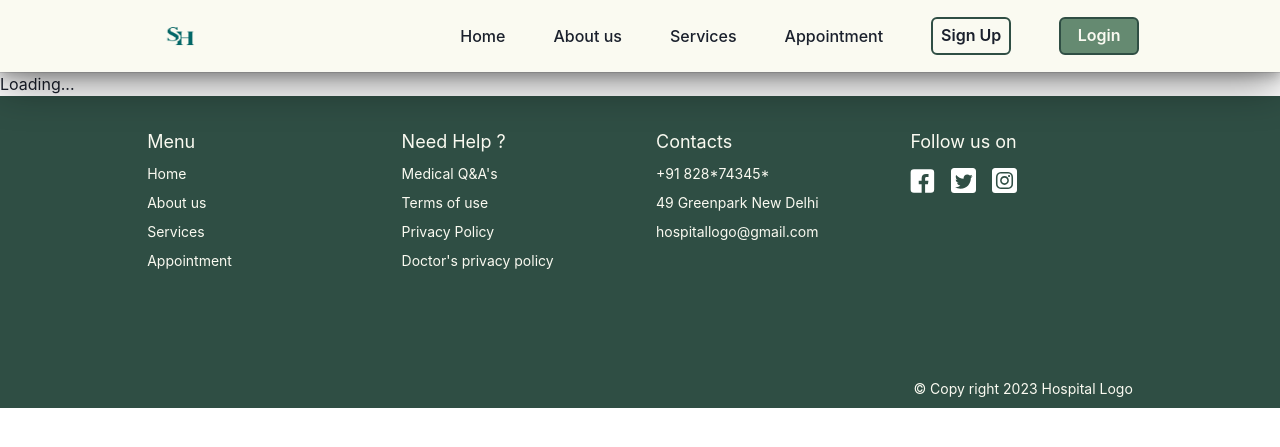
Repository: geeteshmehuria/Samrat-Hospital-Clone
Page: /appointment
The author's editor kept a copy of each file at every save. The page is drawn from the files as they stood at one save, then again after the next save.
The browser window is 1280 px wide. The pictures show the whole page.
The page's requests for data from a server got no answer. Some web fonts or font styles are not loaded; a fallback is used. The project was rebuilt for these pictures with package versions that can differ from the ones it lists, and the page was loaded fresh each time. No one was signed in, and anything a server would have sent is missing. Also part of the build but not shown: vite.config.js, src/Css/home.css, src/pages/Home.jsx, src/components/AppointmentComp/AppointmentBookingForm.jsx, src/components/AppointmentComp/ReviewSection.jsx, src/components/AppointmentComp/DoctorDetailBox.jsx, src/pages/Login.jsx, src/pages/SignUp.jsx and 6 more. Imported but missing from the stored project, and not drawn on this page: src/assets/AppointmentVideo.mp4.

Above is the page before, as saved 2024-01-19 20:00:55.

After the next save:
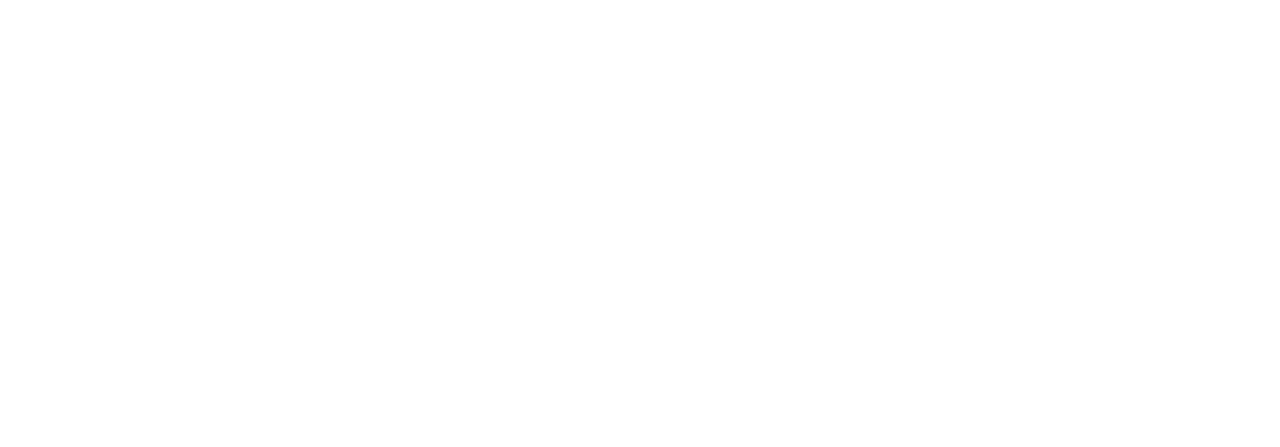
Console error: ReferenceError: Stack is not defined
Saved 94 s later.
--- a/src/pages/Appointment.jsx
+++ b/src/pages/Appointment.jsx
@@ -28,7 +28,11 @@
   }, []);
 
   if (!doctorDetails) {
-    return <div>Loading...</div>; // Or any loading spinner
+    return (
+      <Stack direction="row" spacing={4}>
+        <Spinner size="md" />
+      </Stack>
+    ); // Or any loading spinner
   }
 
   return (

After the 2 saves that followed:
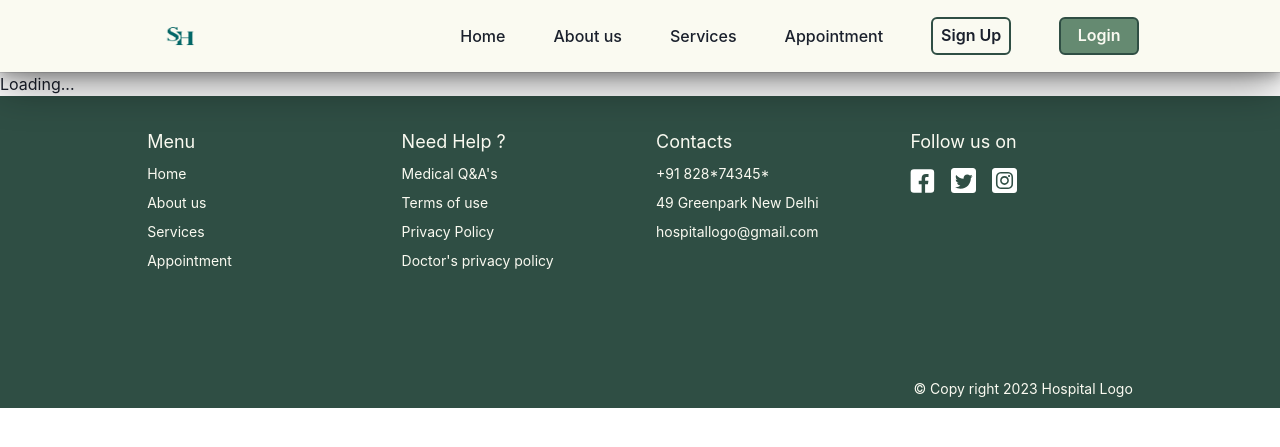
The error is gone.
The 2 saves are shown as one change because 1 left the picture as it was.
The last was saved 34 s later.
--- a/src/pages/Appointment.jsx
+++ b/src/pages/Appointment.jsx
@@ -28,11 +28,7 @@
   }, []);
 
   if (!doctorDetails) {
-    return (
-      <Stack direction="row" spacing={4}>
-        <Spinner size="md" />
-      </Stack>
-    ); // Or any loading spinner
+    return <div>Loading...</div>; // Or any loading spinner
   }
 
   return (
